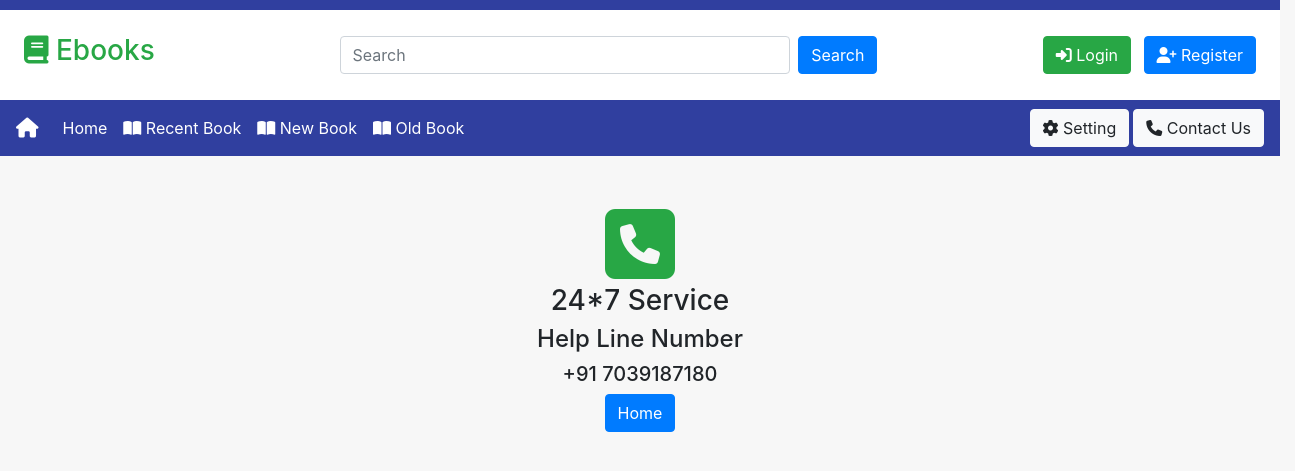
Repository: ShivammGiri29/Ebook
Page: http://localhost/Ebook-App/helpline.jsp
The author's editor kept a copy of each file at every save. The page is drawn from the files as they stood at one save, then again after the next save.
The browser window is 1280 px wide. The page is 1295 px wide, so the pictures cover 1295 px, including what lies to the right of the window. The pictures show the whole page.
Some web libraries are served in a nearby version. The page is served by Tomcat 9.

Above is the page before, as saved 2025-09-15 02:21:26.

After the next save:
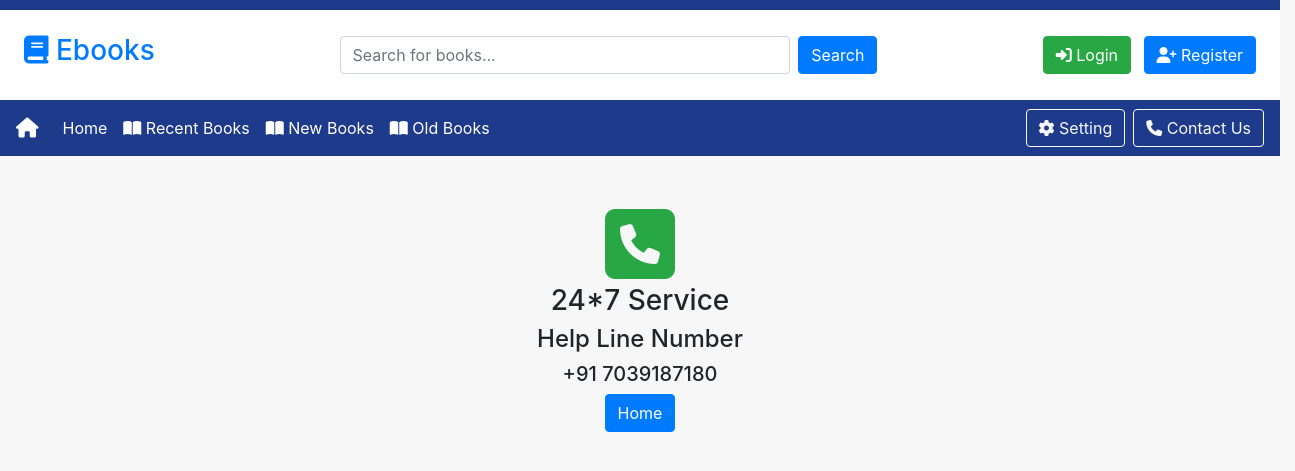
Saved 2 min 33 s later.
--- a/Ebook-App/src/main/webapp/all_component/nav.jsp
+++ b/Ebook-App/src/main/webapp/all_component/nav.jsp
@@ -1,81 +1,90 @@
 <%@ taglib prefix="c" uri="http://java.sun.com/jsp/jstl/core"%>
 <%@page isELIgnored="false"%>
 
-<div class="container-fluid"
-	style="height: 10px; background-color: #303f9f"></div>
+<!-- Top Thin Bar -->
+<div class="container-fluid" style="height: 10px; background-color: #1E3A8A;"></div>
 
-<div class="container-fluid p-4 bg-white">
-	<div class="row align-items-center">
-		<div class="col-md-3 text-success">
-			<h3>
-				<i class="fa-solid fa-book"></i> Ebooks
-			</h3>
-		</div>
+<!-- Logo + Search + User Section -->
+<div class="container-fluid p-4 bg-white shadow-sm">
+  <div class="row align-items-center">
 
-		<div class="col-md-6">
-			<form class="form-inline my-2 my-lg-0" action="search.jsp" method="post">
-				<input class="form-control mr-sm-2 w-75" type="search" name="ch"
-					placeholder="Search" aria-label="Search">
-				<button class="btn btn-primary my-2 my-sm-0" type="submit">Search</button>
-			</form>
-		</div>
+    <!-- Logo -->
+    <div class="col-md-3 text-primary">
+      <h3>
+        <i class="fa-solid fa-book"></i> Ebooks
+      </h3>
+    </div>
 
-		<c:if test="${not empty userobj }">
-			<div class="col-md-3 text-right">
-				<a href="checkout.jsp" class="btn btn-outline-success mr-2"> <i
-					class="fa-solid fa-cart-plus"></i>
-				</a> <a href=" " class="btn btn-success mr-2"><i
-					class="fa-solid fa-user-plus"></i> ${userobj.name}</a> <a href="logout"
-					class="btn btn-primary text-white"><i
-					class="fa-solid fa-right-to-bracket"></i> Logout</a>
-			</div>
-		</c:if>
-		<c:if test="${empty userobj }">
-			<div class="col-md-3 text-right">
-				<a href="login.jsp" class="btn btn-success mr-2"><i
-					class="fa-solid fa-right-to-bracket"></i> Login</a> <a
-					href="register.jsp" class="btn btn-primary text-white"><i
-					class="fa-solid fa-user-plus"></i> Register</a>
-			</div>
-		</c:if>
+    <!-- Search -->
+    <div class="col-md-6">
+      <form class="form-inline my-2 my-lg-0" action="search.jsp" method="post">
+        <input class="form-control mr-sm-2 w-75" type="search" name="ch"
+          placeholder="Search for books..." aria-label="Search">
+        <button class="btn btn-primary my-2 my-sm-0" type="submit">Search</button>
+      </form>
+    </div>
 
-	</div>
+    <!-- User Section -->
+    <c:if test="${not empty userobj}">
+      <div class="col-md-3 text-right">
+        <a href="checkout.jsp" class="btn btn-outline-primary mr-2">
+          <i class="fa-solid fa-cart-plus"></i>
+        </a>
+        <a href="#" class="btn btn-success mr-2">
+          <i class="fa-solid fa-user"></i> ${userobj.name}
+        </a>
+        <a href="logout" class="btn btn-danger text-white">
+          <i class="fa-solid fa-right-to-bracket"></i> Logout
+        </a>
+      </div>
+    </c:if>
+
+    <c:if test="${empty userobj}">
+      <div class="col-md-3 text-right">
+        <a href="login.jsp" class="btn btn-success mr-2">
+          <i class="fa-solid fa-right-to-bracket"></i> Login
+        </a>
+        <a href="register.jsp" class="btn btn-primary text-white">
+          <i class="fa-solid fa-user-plus"></i> Register
+        </a>
+      </div>
+    </c:if>
+  </div>
 </div>
 
+<!-- Navbar -->
+<nav class="navbar navbar-expand-lg" style="background-color: #1E3A8A;">
+  <a class="navbar-brand text-white" href="#"><i class="fa-solid fa-house"></i></a>
+  <button class="navbar-toggler text-white" type="button" data-toggle="collapse"
+    data-target="#navbarSupportedContent" aria-controls="navbarSupportedContent"
+    aria-expanded="false" aria-label="Toggle navigation">
+    <span class="navbar-toggler-icon"></span>
+  </button>
 
+  <div class="collapse navbar-collapse" id="navbarSupportedContent">
+    <ul class="navbar-nav mr-auto">
+      <li class="nav-item"><a class="nav-link text-white" href="index.jsp">Home</a></li>
+      <li class="nav-item"><a class="nav-link text-white" href="all_recent_book.jsp"><i class="fa-solid fa-book-open"></i> Recent Books</a></li>
+      <li class="nav-item"><a class="nav-link text-white" href="all_new_book.jsp"><i class="fa-solid fa-book-open"></i> New Books</a></li>
+      <li class="nav-item"><a class="nav-link text-white" href="all_old_book.jsp"><i class="fa-solid fa-book-open"></i> Old Books</a></li>
+    </ul>
+    <form class="form-inline my-2 my-lg-0">
+      <a href="setting.jsp" class="btn btn-outline-light my-2 my-sm-0">
+        <i class="fa-solid fa-gear"></i> Setting
+      </a>
+      <a href="helpline.jsp" class="btn btn-outline-light my-2 my-sm-0 ml-2">
+        <i class="fa-solid fa-phone"></i> Contact Us
+      </a>
+    </form>
+  </div>
+</nav>
 
-<nav class="navbar navbar-expand-lg navbar-dark bg-custom">
-	<a class="navbar-brand" href="#"><i class="fa-solid fa-house"></i>
-	</a>
-	<button class="navbar-toggler" type="button" data-toggle="collapse"
-		data-target="#navbarSupportedContent"
-		aria-controls="navbarSupportedContent" aria-expanded="false"
-		aria-label="Toggle navigation">
-		<span class="navbar-toggler-icon"></span>
-	</button>
-
-	<div class="collapse navbar-collapse" id="navbarSupportedContent">
-		<ul class="navbar-nav mr-auto">
-			<li class="nav-item active"><a class="nav-link" href="index.jsp">Home<span
-					class="sr-only">(current)</span>
-			</a></li>
-			<li class="nav-item active"><a class="nav-link disabled"
-				href="all_recent_book.jsp"><i class="fa-solid fa-book-open"></i>
-					Recent Book</a></li>
-			<li class="nav-item active"><a class="nav-link disabled"
-				href="all_new_book.jsp"><i class="fa-solid fa-book-open"></i>
-					New Book</a></li>
-			<li class="nav-item active"><a class="nav-link disabled"
-				href="all_old_book.jsp"><i class="fa-solid fa-book-open"></i>
-					Old Book</a></li>
-		</ul>
-		<form class="form-inline my-2 my-lg-0">
-			<a href="setting.jsp" class="btn btn-light my-2 my-sm-0" type="submit">
-				<i class="fa-solid fa-gear"></i> Setting
-			</a>
-			<button class="btn btn-light my-2 my-sm-0 ml-1" type="submit">
-				<i class="fa-solid fa-phone"></i> Contact Us
-			</button>
-		</form>
-	</div>
-</nav>
+<!-- Custom Hover Style -->
+<style>
+  .navbar a.nav-link:hover {
+    color: #60A5FA !important; /* Sky blue hover */
+  }
+  .navbar-brand:hover {
+    color: #93C5FD !important;
+  }
+</style>
